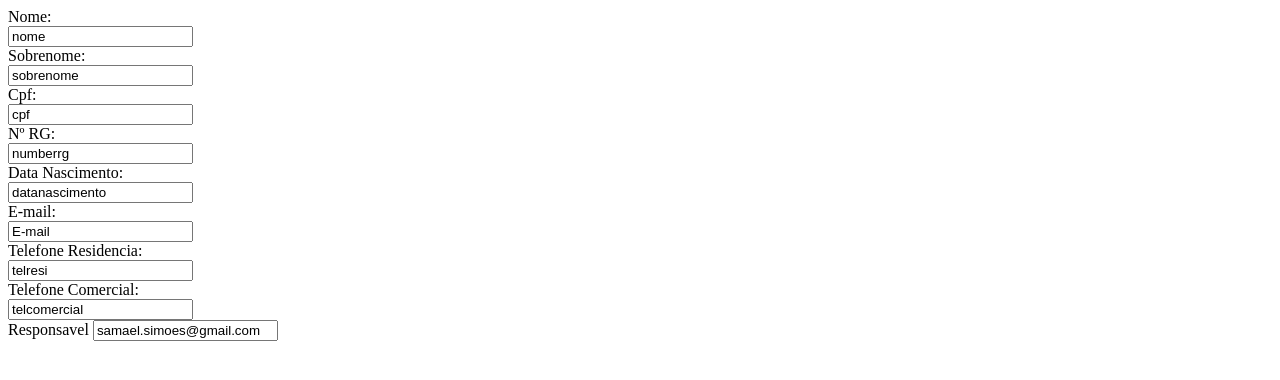
Repository: samaelsimoes/ong-cepe
Page: ong-cepe/WebContent/privado/formulario/pesfisica.html
These files come from the project's save history. The page is drawn as it stood at one moment and after a run of saves; the edit follows.
The browser window is 1280 px wide. The pictures show the whole page.

Above is the page before, as saved 2017-08-13 19:04:03.

### ong-cepe/WebContent/privado/formulario/pesfisica.html
 <div class="form-group row">

    <div class="col-xs-6 col-md-5">
        <label for="example-text-input" class="col-2 col-form-label">Nome:</label>

       <div class="col-10">
            <input class="form-control" type="text" value="nome" id="nome" placeholder="Nome">
        </div>
    </div>

    <div class="col-xs-6 col-md-5 coll-md-offset-2">

        <label for="example-text-input" class="col-2 col-form-label">Sobrenome:</label>

        <div class="col-10">
            <input class="form-control" type="text" value="sobrenome" id="sobrenome" placeholder="Sobrenome">
        </div>
    </div>
</div>

<div class="form-group row">
    <div class="col-xs-6 col-md-5">
        <label for="example-text-input" class="col-2 col-form-label">Cpf:</label>

       <div class="col-10">
            <input class="form-control" type="text" value="cpf" id="nome" placeholder="cpf">
        </div>
    </div>

    <div class="col-xs-6 col-md-5 coll-md-offset-2">

        <label for="example-text-input" class="col-2 col-form-label">Nº RG:</label>

        <div class="col-10">
            <input class="form-control" type="text" value="numberrg" id="sobrenome" placeholder="rg">
        </div>
    </div>
</div>

 <div class="form-group row">
    <div class="col-xs-6 col-md-5">
        <label for="example-text-input" class="col-2 col-form-label">Data Nascimento:</label>

       <div class="col-10">
            <input class="form-control" type="text" value="datanascimento" id="datanascimento" placeholder="cpf">
        </div>
    </div>
    <div class="col-xs-6 col-md-5 coll-md-offset-2">

        <label for="email" class="col-2 col-form-label">E-mail:</label>

        <div class="col-10">

            <input class="form-control" type="text" value="E-mail" id="email" placeholder="-Email">
        </div>
    </div>
</div>

 <div class="form-group row">
    <div class="col-xs-6 col-md-5">
        <label for="example-text-input" class="col-2 col-form-label">Telefone Residencia:</label>

       <div class="col-10">
            <input class="form-control" type="text" value="telresi" id="telresidenci" placeholder="Telefone Residencia">
        </div>
    </div>
    <div class="col-xs-6 col-md-5 coll-md-offset-2">

        <label for="telcomercial" class="col-2 col-form-label">Telefone Comercial:</label>

        <div class="col-10">

            <input class="form-control" type="text" value="telcomercial" id="telcomercial" placeholder="Telefone Comercial">
        </div>
    </div>
</div>

 <div class="form-group row">
    <div class="col-xs-6 col-md-10">

        <label for="example-email-input" class="col-2 col-form-label">Responsavel</label>

        <input class="form-control" type="email" value="samael.simoes@gmail.com" id="responsavel">
    </div>
</div>

After the next 2 saves:
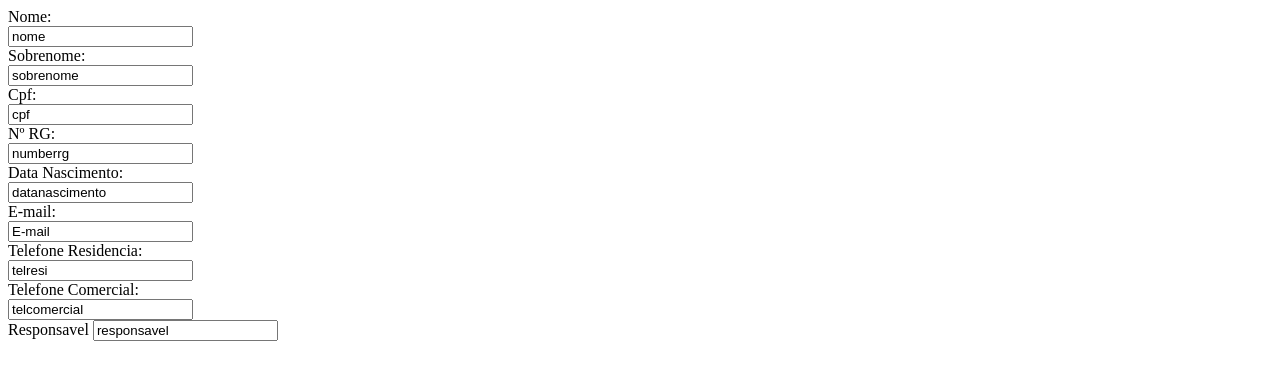
The 2 saves are shown as one change because they came seconds apart.
The last was saved 7 s later.
--- a/ong-cepe/WebContent/privado/formulario/pesfisica.html
+++ b/ong-cepe/WebContent/privado/formulario/pesfisica.html
@@ -80,6 +80,6 @@
 
         <label for="example-email-input" class="col-2 col-form-label">Responsavel</label>
 
-        <input class="form-control" type="email" value="samael.simoes@gmail.com" id="responsavel">
+        <input class="form-control" type="text" value="responsavel" id="responsavel">
     </div>
 </div>
